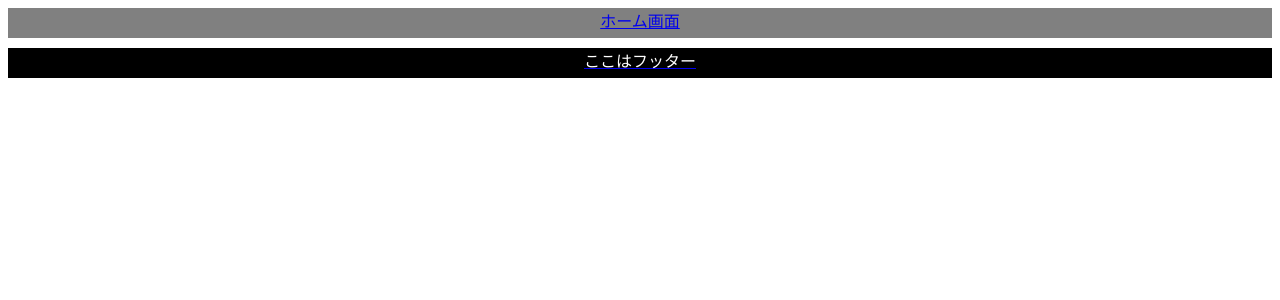
Repository: kousuke-2047/test
Page: http://localhost/Rensyu/
An editor plug-in stored every save of this project. The page is shown before and after the next save, followed by the edit.
The browser window is 1280 px wide. The pictures show the whole page.
The page is served by Tomcat 9.

Above is the page before, as saved 2018-06-04 02:09:33.

After the next save:
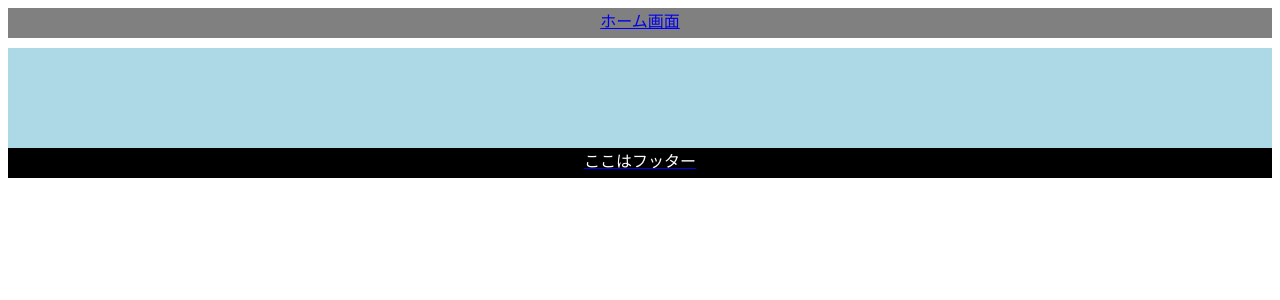
Saved 18 s later.
--- a/Rensyu/WebContent/index.jsp
+++ b/Rensyu/WebContent/index.jsp
@@ -46,7 +46,8 @@ footer{
 	ホーム画面
 	</header>
 
-
+	<div class = "main">
+	</div>
 
 
 	<footer>
